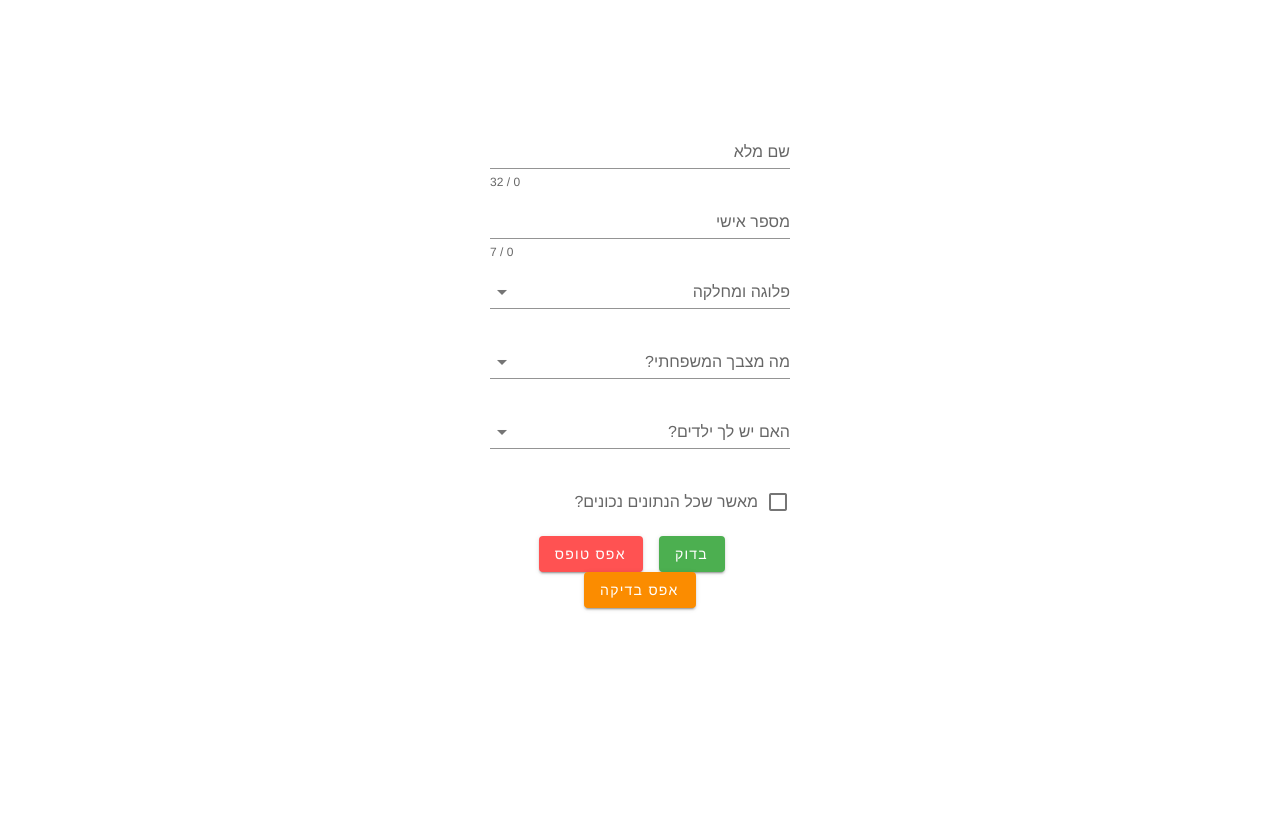
Repository: Natanhel/klitat-tash
Page: /
The author's editor kept a copy of each file at every save. The page is drawn from the files as they stood at one save, then again after the next save.
The browser window is 1280 px wide. The pictures show the whole page.
The page's requests for data from a server got no answer. The project was rebuilt for these pictures with package versions that can differ from the ones it lists, and the page was loaded fresh each time. No one was signed in, and anything a server would have sent is missing. Also part of the build but not shown: vue.config.js.

Above is the page before, as saved 2020-12-01 17:07:54.

After the next save:
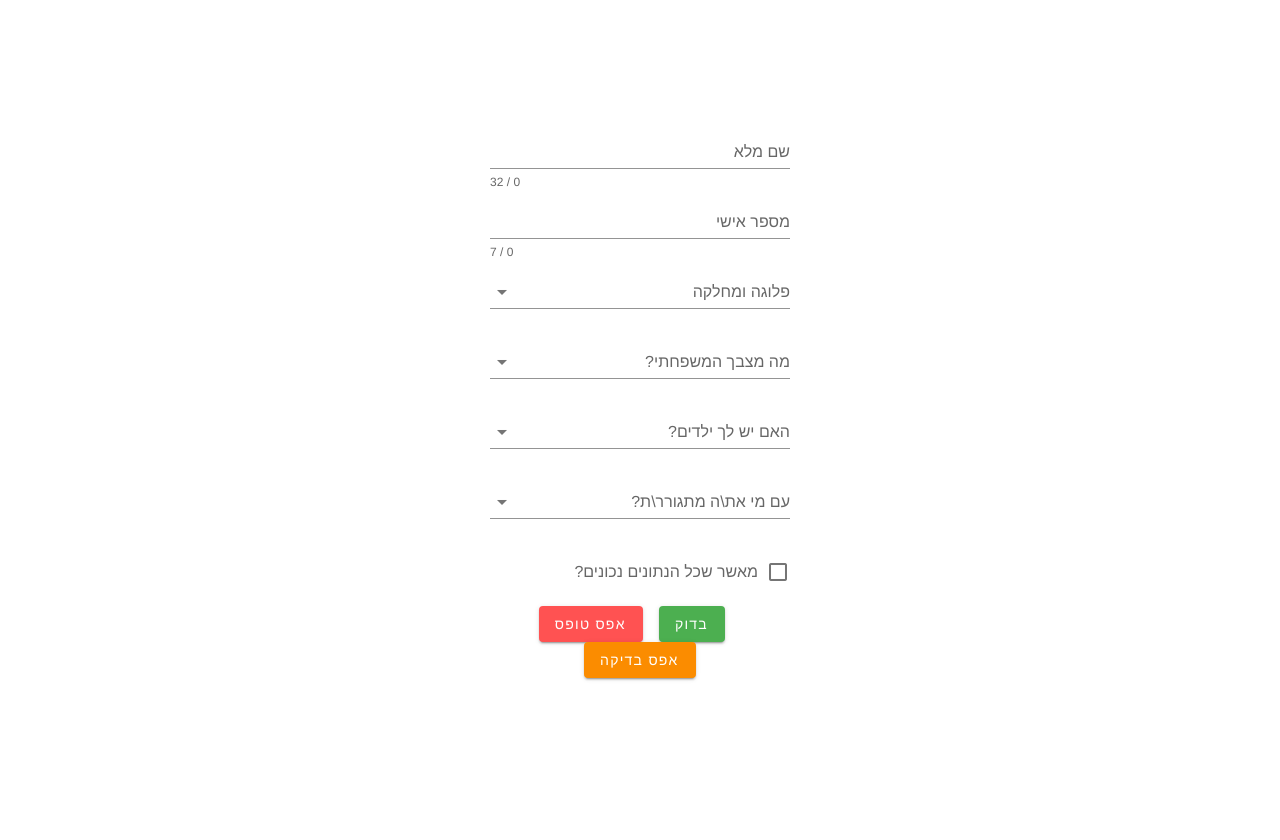
Saved 61 s later.
--- a/src/App.vue
+++ b/src/App.vue
@@ -43,6 +43,14 @@
           :items="haveKidsItems"
           :rules="[v => !!v || 'נדרש להזין']"
           label="האם יש לך ילדים?"
+          required
+        ></v-select>
+
+        <v-select
+          v-model="select"
+          :items="livingWithItems"
+          :rules="[v => !!v || 'נדרש להזין']"
+          label="עם מי את\ה מתגורר\ת?"
           required
         ></v-select>
 
